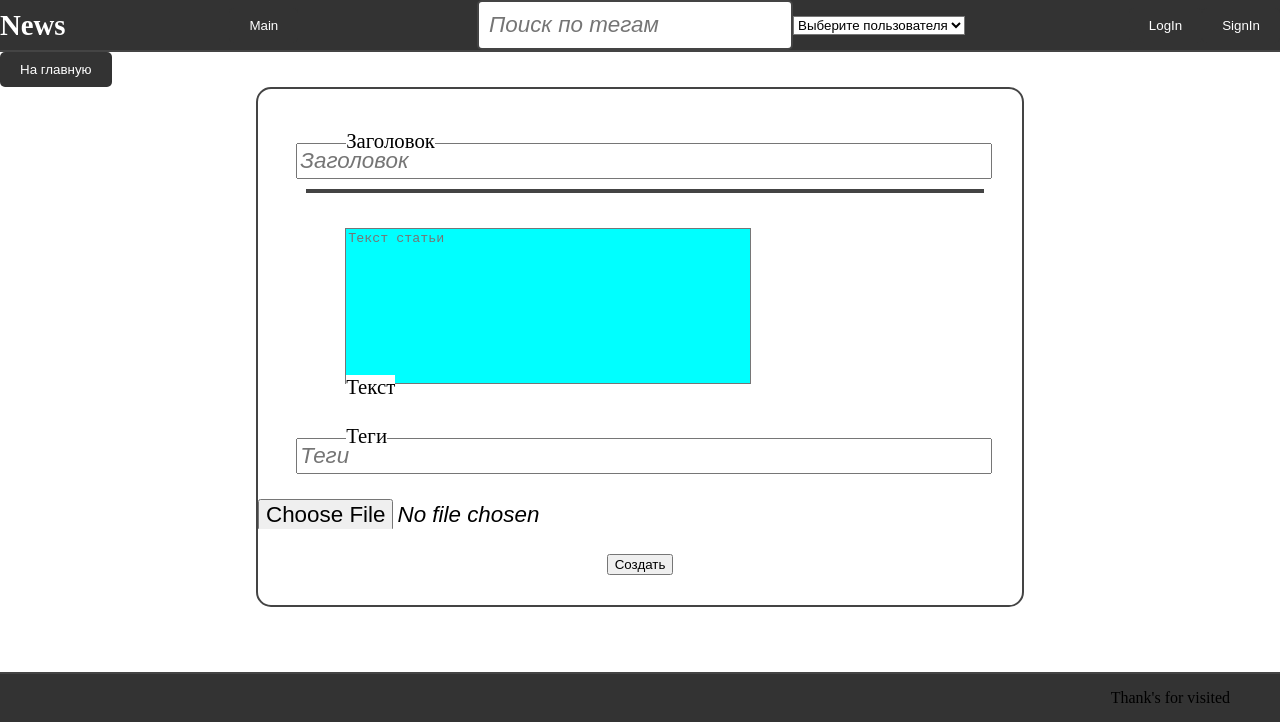
Repository: Igor-Blazhko/news_frontend
Page: /CreatePost
The author's editor kept a copy of each file at every save. The page is drawn from the files as they stood at one save, then again after the next save.
The browser window is 1280 px wide. The pictures show the whole page.
The project was rebuilt for these pictures with package versions that can differ from the ones it lists, and the page was loaded fresh each time. Also part of the build but not shown: vite.config.ts, src/components/allPost/onePost/onePost.module.css, src/components/allPost/onePost/onePost.tsx, src/components/allPost/allPost.tsx, src/components/auth/logIn/login.module.css, src/components/auth/logIn/login.tsx, src/components/auth/register/register.tsx, src/components/pageOnePost/comments/comment.tsx and 2 more.

Above is the page before, as saved 2024-07-15 16:28:28.

### src/App.tsx
import Header from './components/header/header'
import AllPost from './components/allPost/allPost'
import Footer from './components/footer/footer'
import LogIn from './components/auth/logIn/login'
import { Page } from './types'
import SignIn from './components/auth/register/register'
import { BrowserRouter, Route, Routes } from 'react-router-dom'
import OnePost from './components/pageOnePost/OnePost'
import { Provider } from 'react-redux'
import { store } from './store'
import { QueryClient, QueryClientProvider } from '@tanstack/react-query'
import CreatePost  from './components/createPost/createPost'



const queryClient = new QueryClient();

function App() {

  return (
    <Provider store={store}>
      <QueryClientProvider client={queryClient}>
        <BrowserRouter>
        <Header></Header>
          <Routes>
            <Route path="*" element ={ <AllPost/> }/>
            <Route path={Page.LogIn} element ={ <LogIn/> }/>
            <Route path={Page.SignIn} element ={ <SignIn/> }/>
            <Route path={Page.CreatePost} element ={ <CreatePost/> }/>
            <Route path={Page.OnePost+'/:id'} element ={ <OnePost/> }/>
          </Routes>
        <Footer></Footer>
        </BrowserRouter>
      </QueryClientProvider>
    </Provider>
  )
}

export default App

### src/index.css
body{
  margin: 0;
  padding: 0;
  width: 100vw;
  min-height: 100vh;
  overflow-x: hidden;
}

main{
  min-height: calc(100vh - 100px);
}

### src/components/header/header.tsx

import { Link } from 'react-router-dom';
import Button from '../simplyComponents/button/button';
import styles from './header.module.css'
import ButtonAuth  from './buttonAuth/buttonAuth';
import Filter from './filter/filter';


export default function Header() {
        return (
        <header className={styles.header}>
            <div className={styles.logo}>
                News
            </div>
            <nav>
                <Link to="">
                    <Button>Main</Button>
                </Link>
            </nav>
            <Filter/>
            <ButtonAuth/>
        </header>
    )
}

### src/components/footer/footer.tsx
import { Link } from 'react-router-dom'
import styles from './footer.module.css'
import { Page } from '../../types'
import Button from '../simplyComponents/button/button'
import { useSelector } from 'react-redux'
import { States } from '../../store'

export default function Footer(){
    const JWT = useSelector( (state:States) => state.JWT)
    return(
        <footer className={styles.footer}>
            {
            JWT &&
            <Link to={'/'+Page.CreatePost}>
                <Button>Создать пост</Button>
            </Link>
            }

            <div className={styles.text}>Thank's for visited</div>
        </footer>
    )
}

### src/types.ts
export const enum Page {
    LogIn = 'LogIn',
    SignIn = 'SignIn',
    AllPost = 'AllPost',
    OnePost = 'OnePost',
    CreatePost = 'CreatePost',
}

export class ObjectToken {
    private readonly access_token:string;
    constructor(access_token:string){
        this.access_token = access_token;
    }
}

export class HTTPExeption{
    private readonly response:string;
    private readonly status:number;
    private readonly message:string;
    private readonly name:string;
    constructor(response:string, status:number, message:string, name:string){
        this.response = response;
        this.status = status;
        this.message = message;
        this.name = name;
    }
}

### src/store.ts
import { createStore } from '@reduxjs/toolkit'
import cooks from './basefunction';

export interface States{
  tagfilter: string[],
  userfilter: number,
  JWT:string|undefined,
  location: string,
}

const defaultState:States = {
  tagfilter: [],
  userfilter: 0,
  JWT: cooks.getJWT(),
  location: '*',
}

type Action = {
  type:string,
  buffer?:string,
  userId?:number,
  JWT?:string,
}
const reducer = (state = defaultState, action:Action) => {
  switch (action.type){
    case 'Filter':
      if (( 'buffer' in action) && (action.buffer !== undefined)) {
        const arr = action.buffer.split(' ');
        state = {...state,
          tagfilter: arr,
        }
      }
      return state;
    case 'setUserFilter':
      if (( 'userId' in action) && (action.userId !== undefined)) {
        state = {...state,
          userfilter: action.userId,
        }
      }
      return state
    case 'SetJWT':
      if ( ('JWT' in action) && (action.JWT !== undefined) ){
        state = {...state,
          JWT: action.JWT,
        }
        cooks.LogIn(action.JWT)
      // document.cookie = `JWT_token=${action.JWT}`
      }
      return state;
    case 'DelJwt':
      state = {
        ...state,
        JWT:'',
      }
      cooks.LogOut()
      return state;
    case 'setLocation':
      state = {
        ...state,
        location: location.pathname,
      }
      return state;
    case 'dropLocation':
      state = {
        ...state,
        location: '*',
      }
      return state;
    default:
      return state;
  }
}

export const store = createStore(reducer)

### src/components/createPost/createPost.tsx
import { Link } from "react-router-dom";
import { Page } from "../../types";
import Button from "../simplyComponents/button/button";
import SERVER from "../../dataServer";
import styles from "./createPost.module.css"

export default function CreatePost(){

    return (
        <main>
            <Link to={'/'}>
                <Button>На главную</Button>
            </Link>
            <div>
                <form action={SERVER.POST.News.create} method="post" className={styles.form}>
                    <div className={styles.article}>
                        <label htmlFor="article" className={styles.article} >Заголовок</label>
                        <input type="text" name="article" maxLength={254} placeholder="Заголовок" className={styles.article}/>
                    </div>
                    <div className={styles.text}>
                        <label htmlFor="text" className={styles.text} >Текст</label>
                        <textarea name="text" placeholder="Текст статьи" className={styles.text}/>
                    </div>
                    <div className={styles.tags}>
                        <label htmlFor="tags" className={styles.tags}>Теги</label>
                        <input type="text" name="tags" placeholder="Теги"  className={styles.tags}/>
                    </div>
                    <input type="file" />
                    <button type="submit" className={styles.btn}>Создать</button>
                </form>
            </div>
        </main>

    )
}

### src/components/simplyComponents/button/button.tsx
import { MouseEventHandler, ReactNode } from 'react'
import styles from './button.module.css'
type Button = {
    text?:string,
    children?:ReactNode
    onClick?:MouseEventHandler<HTMLButtonElement>
}

export default function Button(props:Button){

    return(
        <button className={styles.button} onClick={props.onClick}>{props.children}</button>
    )
}

### src/components/header/header.module.css
header {
    background-color: #333;
    display: flex;
    justify-content: space-between;
    align-items: center;
    border-bottom: 2px solid #444;
    box-sizing: border-box;
    min-height: 50px;
}

.logo {
    font-size: 1.8em;
    font-weight: bold;
    color: #fff;
}



  .filter {
    display: flex;
    align-items: center;
  }

  .filter input,
  .filterselect {
    padding: 8px 10px;
    margin-left: 15px;
    border: 2px solid #444;
    border-radius: 5px;
    transition: border-color 0.3s ease;
  }

  .filter input:focus,
  .filter select:focus {
    border-color: #888;
  }

  .filter select {
    background-color: #fff;
}

### src/components/header/buttonAuth/buttonAuth.tsx
import { useDispatch, useSelector } from "react-redux"
import { States } from "../../../store"
import cooks from "../../../basefunction";
import Button from "../../simplyComponents/button/button";
import { Link } from "react-router-dom";
import { Page } from "../../../types";

export default function ButtonAuth(){

    const JWT = useSelector( (state:States) => state.JWT);
    const dispatch = useDispatch();

    function LogOut(){
        dispatch({
            type: 'DelJwt',
        })
    }

    return (
        <>
            {
                JWT?
                <div className="auth">
                    <Button onClick={LogOut}>LogOut</Button>
                </div>
                :
                <div className="auth">
                    <Link to={Page.LogIn}>
                        <Button>LogIn</Button>
                    </Link>
                    <Link to={Page.SignIn}>
                        <Button>SignIn</Button>
                    </Link>
                </div>
                }
        </>
    )
}

### src/components/header/filter/filter.tsx

import { useEffect, useState } from 'react'
import { User } from '../../pageOnePost/types/types'
import styles from '../header.module.css'
import { useDispatch } from 'react-redux'

export default function Filter(){
    const [users, setUsers] = useState([ {
        id: 1,
        name: 'igor',
        sername: 'Blazhko',
        login: 'user1',
    }])
    const [change, setChange] = useState(false)
    const dispatch = useDispatch()

    useEffect(() => {
        const users = [
            {
                id: 1,
                name: 'igor',
                sername: 'Blazhko',
                login: 'user1',
            },
            {
                id: 2,
                name: 'igor',
                sername: 'Tokin',
                login: 'user2',
            },
            {
                id: 3,
                name: 'igor',
                sername: 'Lankin',
                login: 'user3',
            },
        ];
        setUsers(users);
        // setLog(JWT)
    },[])

    function changeFilter(event:React.ChangeEvent<HTMLInputElement>){
        dispatch({
            type:'Filter',
            buffer: event.target.value,
        })
    }

    function changeUser(event) {
        dispatch({
            type:'setUserFilter',
            userId: +event.target.value,
        })
        if ( +event.target.value ) setChange(true)
        else setChange(false)
    }

    return (
            <div className={styles.filter}>
                <input type="text" placeholder="Поиск по тегам" onChange={changeFilter}/>
                <select onChange={changeUser} defaultValue="option0">
                    <option value="0">
                        { change? 'Cбросить фильтрацию': 'Выберите пользователя'}
                    </option>
                    {
                        users.map((user:User)=> <option key = {user.id} value={user.id}>{user.name} {user.sername}</option>)
                    }
                </select>
            </div>
    )
}

### src/components/allPost/allPost.module.css

main {
    display: flex;
    flex-direction: column;
    row-gap: 25px;
  }

### src/dataServer.ts


const SERVER = {
    base: 'http://192.168.3.37:5000/',
    POST: {
        register: 'http://127.0.0.1:5000/auth/registration',
        login: 'http://127.0.0.1:5000/auth/login',
        comments: {
            createCom: 'http://127.0.0.1:5000/comments',
        },
        News: {
            create: 'http://127.0.0.1:5000/news',
        }
    },
    GET: {
        allNews: 'http://127.0.0.1:5000/news',
        oneNews: 'http://127.0.0.1:5000/news?id=',
        getAllCommentByPostId: 'http://127.0.0.1:5000/comments?id=',
    }
}
export default SERVER;

### src/components/footer/footer.module.css
footer {
    width: 100vw;
    background-color: #333;
    min-height: 50px;
    border-top: 2px solid #444;
    display: flex;
    justify-content: flex-end;
    align-items: center;
    box-sizing: border-box;
}

.text{
    margin-right: 50px;
}

### src/components/pageOnePost/OnePost.module.css
main{
  display: block;
}
.post_content_full {
    display: flex;
    flex-direction: column;
    align-items: center;
    text-align: center;
    animation: slideIn 0.5s ease-in-out;
  }

  .post_image {
    width: 150px;
    height: 150px;
    margin-bottom: 20px;
  }

  .post_title_full {
    font-size: 2em;
    margin-bottom: 20px;
  }

  .post_text_full {
    font-size: 1.2em;
    margin-bottom: 40px;
  }

  .comments {
    background-color: #fff;
    padding: 20px;
    border: 1px solid #ccc;
    border-radius: 10px;
    margin-top: 20px;
  }



  .comments h3 {
    font-size: 1.5em;
    margin-bottom: 10px;
  }

  .comment {
    margin-bottom: 10px;
    padding: 10px;
    border: 1px solid #ccc;
    border-radius: 5px;
    background-color: #fafafa;
  }

  .comment p {
    font-size: 1.2em;
  }

  .comment_form {
    margin-top: 20px;
  }

  .comment_form textarea {
    width: 100%;
    padding: 10px;
    margin-bottom: 10px;
    border: 1px solid #ccc;
    border-radius: 5px;
    resize: vertical;
    transition: border-color 0.3s ease;
  }

  .comment_form textarea:focus {
    border-color: #888;
  }

  .comment_form button {
    padding: 10px;
    border: none;
    border-radius: 5px;
    background-color: #333;
    color: #fff;
    cursor: pointer;
    transition: background-color 0.3s ease, transform 0.3s ease;
  }

  .comment_form button:hover {
    background-color: #444;
    transform: translateY(-3px);
  }

### src/basefunction.ts
import { useDispatch } from "react-redux";

class Cookie {
    getCookie(name:string) {
        let matches = document.cookie.match(new RegExp(
          "(?:^|; )" + name.replace(/([\.$?*|{}\(\)\[\]\\\/\+^])/g, '\\$1') + "=([^;]*)"
        ));
        return matches ? decodeURIComponent(matches[1]) : undefined;
    }

    setCookie(name:string, value:string, options = {}) {

        options = {
          path: '/',
          // при необходимости добавьте другие значения по умолчанию
          ...options
        };

        if (options.expires instanceof Date) {
          options.expires = options.expires.toUTCString();
        }

        let updatedCookie = encodeURIComponent(name) + "=" + encodeURIComponent(value);

        for (let optionKey in options) {
          updatedCookie += "; " + optionKey;
          let optionValue = options[optionKey];
          if (optionValue !== true) {
            updatedCookie += "=" + optionValue;
          }
        }

        document.cookie = updatedCookie;
    }

    deleteCookie(name:string) {
        this.setCookie(name, "", {
          'max-age': -1
        })
    }

    getJWT(){
        return this.getCookie('JWT_token')
    }

    LogIn(token:string){
        this.setCookie('JWT_token', token, {
            'max-age': 3600
          } )
    }

    LogOut(){
        this.setCookie('JWT_token', '', {
            'max-age': 3600
          } )
    }
}
const cooks = new Cookie()
export default cooks

### src/components/createPost/createPost.module.css
.form {
    border: 2px solid #444;
    border-radius: 15px;
    width: 60%;
    height: calc(100vh - 200px);
    margin: 0 auto;
    display: flex;
    flex-direction: column;
    justify-content: space-between;
    align-items: center;
    padding: 30px 0 ;
    box-sizing: border-box;
}

form>div{
    width: 90%;
}

label{
    position: relative;
    top: 10px;
    left: 50px;
    z-index: 2;
    background-color: white;
    font-size: 1.3em;
    transition: all 0.3s ease-in-out;
}
div:has(input:focus) label{
    transition: all 0.2s  ease-in;
    top: 0;
}

textarea{
	resize: none;
	width: 400px;
	height: 150px;
    background-color: aqua;
}

input{
    width: 100%;
    height: 30px;
    font-size: 1.4em;
    font-style: italic;
    display: block;
}

div.article::after{
    display: block;
    width: 98%;
    background-color: #444;
    border: 2px solid #444;
    content: "";
    margin: 10px;
}

### src/components/simplyComponents/button/button.module.css
.button {
    padding: 10px 20px;
    background-color: #333;
    color: #fff;
    border: none;
    border-radius: 5px;
    cursor: pointer;
    transition: background-color 0.3s ease, transform 0.3s ease;
    text-decoration: none;
}

.button:hover {
    background-color: #444;
    transform: translateY(-3px);
}

Loaded but not shown: index.html (common file); src/main.tsx (common file)

After the next save:
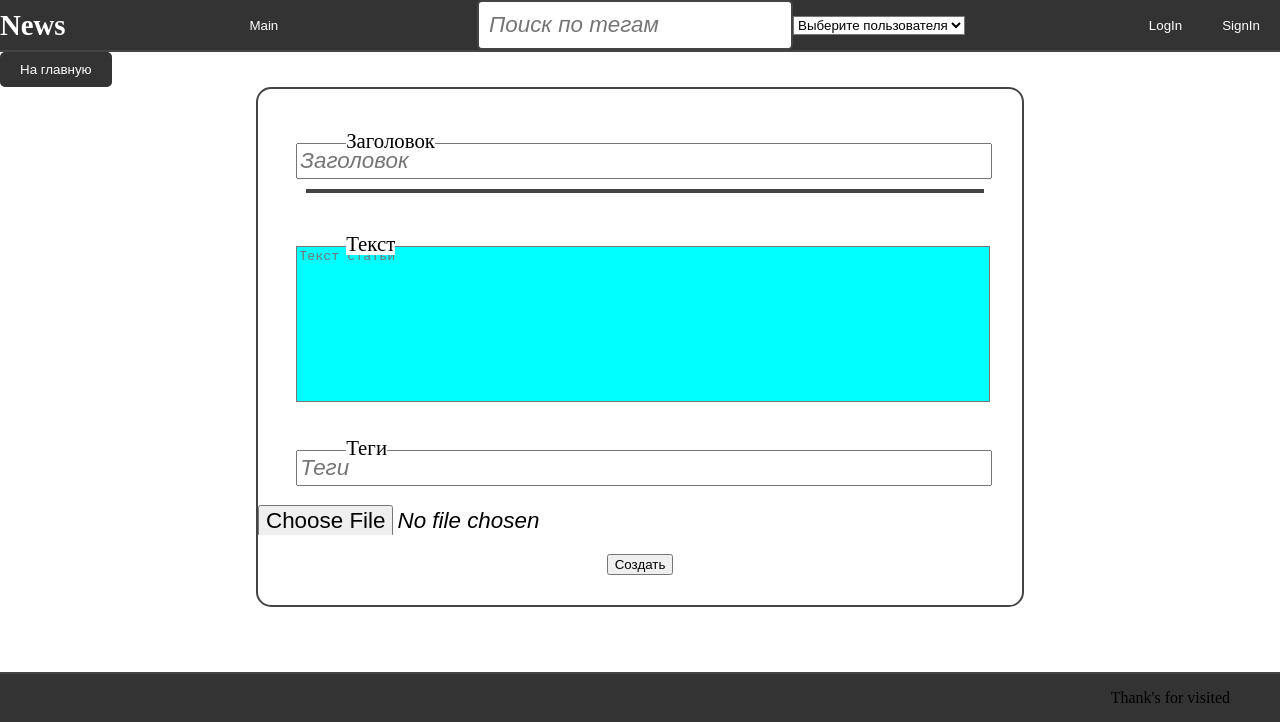
Saved 6 s later.
--- a/src/components/createPost/createPost.module.css
+++ b/src/components/createPost/createPost.module.css
@@ -32,7 +32,7 @@ div:has(input:focus) label{
 
 textarea{
 	resize: none;
-	width: 400px;
+	width: 100%;
 	height: 150px;
     background-color: aqua;
 }
